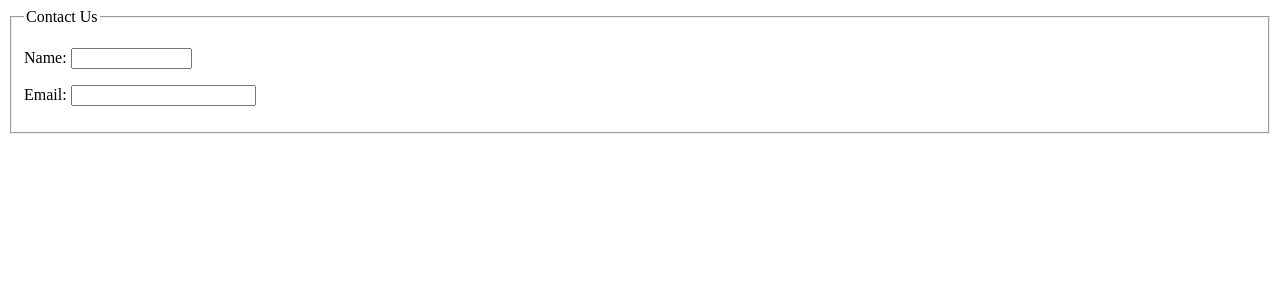
Repository: samuraijane/dc-builders
Page: week6/1-tuesday/homework/exercise2/index.html
An editor plug-in stored every save of this project. The page is shown before and after a run of saves, followed by the edit.
The browser window is 1280 px wide. The pictures show the whole page.

Above is the page before, as saved 2020-08-13 17:40:03.

### week6/1-tuesday/homework/exercise2/index.html
<!doctype html>

<html lang="en">
  <head>
    <meta charset="utf-8">
    <title>Week6 – Tuesday Homework Exercise 2</title>
    <meta name="description" content="Week6 – Tuesday Homework Exercise 2">
    <meta name="author" content="<yourNameGoesHere>">
    <link rel="stylesheet" href="style.css">
  </head>

  <body>
   <form>
    <fieldset>
      <legend>Contact Us</legend>
      <p>
        <label for="name"> Name: </label>
        <input type="text" id="name" name="name" required
                minlength="4" maxlength="10" size="12">
      </p>
      <p>
        <label for="email"> Email: </label>
        <input type="email" id="email" name="email" required>
      </p>


    </fieldset>
  </form>
    <script src="script.js"></script>
  </body>
</html>

Loaded but not shown: week6/1-tuesday/homework/exercise2/style.css (no copy from this time; the picture is the same without it); week6/1-tuesday/homework/exercise2/script.js (empty)

After the next 2 saves:
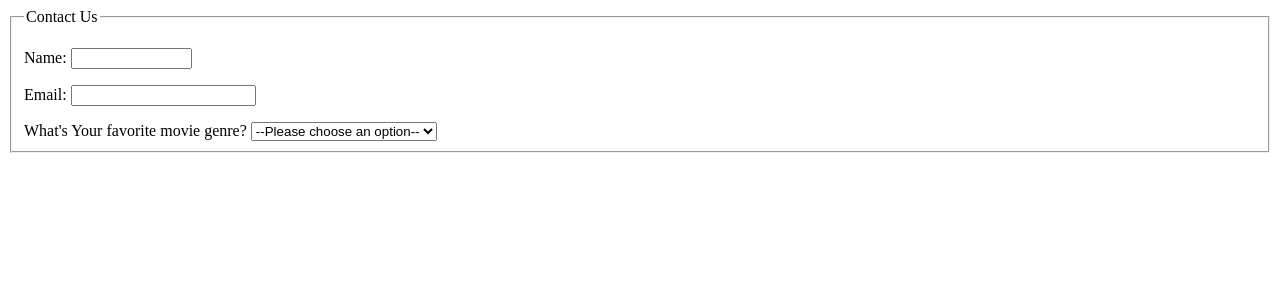
The 2 saves are shown as one change because they came seconds apart.
The last was saved 5 min 21 s later.
--- a/week6/1-tuesday/homework/exercise2/index.html
+++ b/week6/1-tuesday/homework/exercise2/index.html
@@ -22,7 +22,12 @@
         <label for="email"> Email: </label>
         <input type="email" id="email" name="email" required>
       </p>
-
+      <label for="genre-select"> What's Your favorite movie genre? </label>
+  <select name="genre" id="genre-select">
+    <option value="" disabled selected>--Please choose an option--</option>
+    <option value="action">Action</option>
+    <option value="adventure">Adventure</option>
+    <option value="comedy">Comedy</option>
 
     </fieldset>
   </form>
